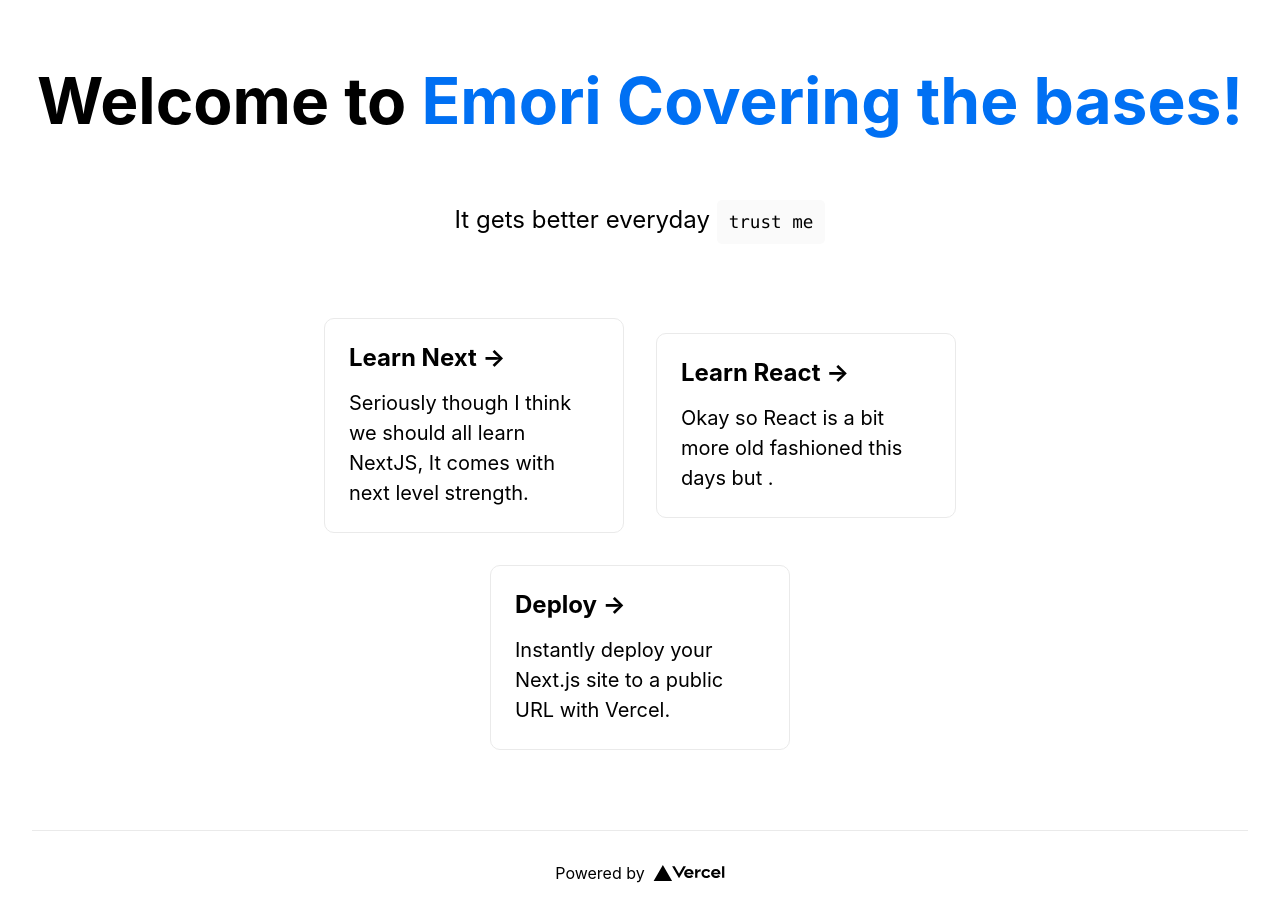
Repository: emorilebo/next-linkedin-training
Page: /
An editor plug-in stored every save of this project. The page is shown before and after a run of saves, followed by the edit.
The browser window is 1280 px wide. The pictures show the whole page.
The project was rebuilt for these pictures with package versions that can differ from the ones it lists, and the page was loaded fresh each time. The framework's server and built-in components were replaced by stand-ins that run in the browser. Also part of the build but not shown: next.config.js.

Above is the page before, as saved 2022-12-25 18:01:03.

### pages/index.js
import Head from "next/head";
import Image from "next/image";
import Link from "next/link";
import styles from "../styles/Home.module.css";

export default function Home() {
  return (
    <div className={styles.container}>
      <Head>
        <title>Emori Learning Next From LinkedIn</title>
        <meta
          name="description"
          content="I know I know, but we need to cover the bases as much as possible. #emoricoin"
        />
        <link rel="icon" href="/favicon.ico" />
      </Head>

      <main className={styles.main}>
        <h1 className={styles.title}>
          Welcome to <a href="https://nextjs.org">Emori Covering the bases!</a>
        </h1>

        <p className={styles.description}>
          It gets better everyday <code className={styles.code}>trust me</code>
        </p>

        <div className={styles.grid}>
          <Link href="/learn/next" className={styles.card}>
            <h2>Learn Next &rarr;</h2>
            <p>Seriously though I think we should all learn NextJS, It comes with next level strength.</p>
          </Link>

          <Link href="/learn/next" className={styles.card}>
            <h2>Learn React &rarr;</h2>
            <p>Okay so React is a bit more old fashioned this days but .</p>
          </Link>



          <a
            href="https://vercel.com/new?utm_source=create-next-app&utm_medium=default-template&utm_campaign=create-next-app"
            className={styles.card}
          >
            <h2>Deploy &rarr;</h2>
            <p>
              Instantly deploy your Next.js site to a public URL with Vercel.
            </p>
          </a>
        </div>
      </main>

      <footer className={styles.footer}>
        <a
          href="https://vercel.com?utm_source=create-next-app&utm_medium=default-template&utm_campaign=create-next-app"
          target="_blank"
          rel="noopener noreferrer"
        >
          Powered by{" "}
          <span className={styles.logo}>
            <Image src="/vercel.svg" alt="Vercel Logo" width={72} height={16} />
          </span>
        </a>
      </footer>
    </div>
  );
}

Loaded but not shown: pages/_app.js (common file); styles/globals.css (common file); styles/Home.module.css (common file)

After the next 3 saves:
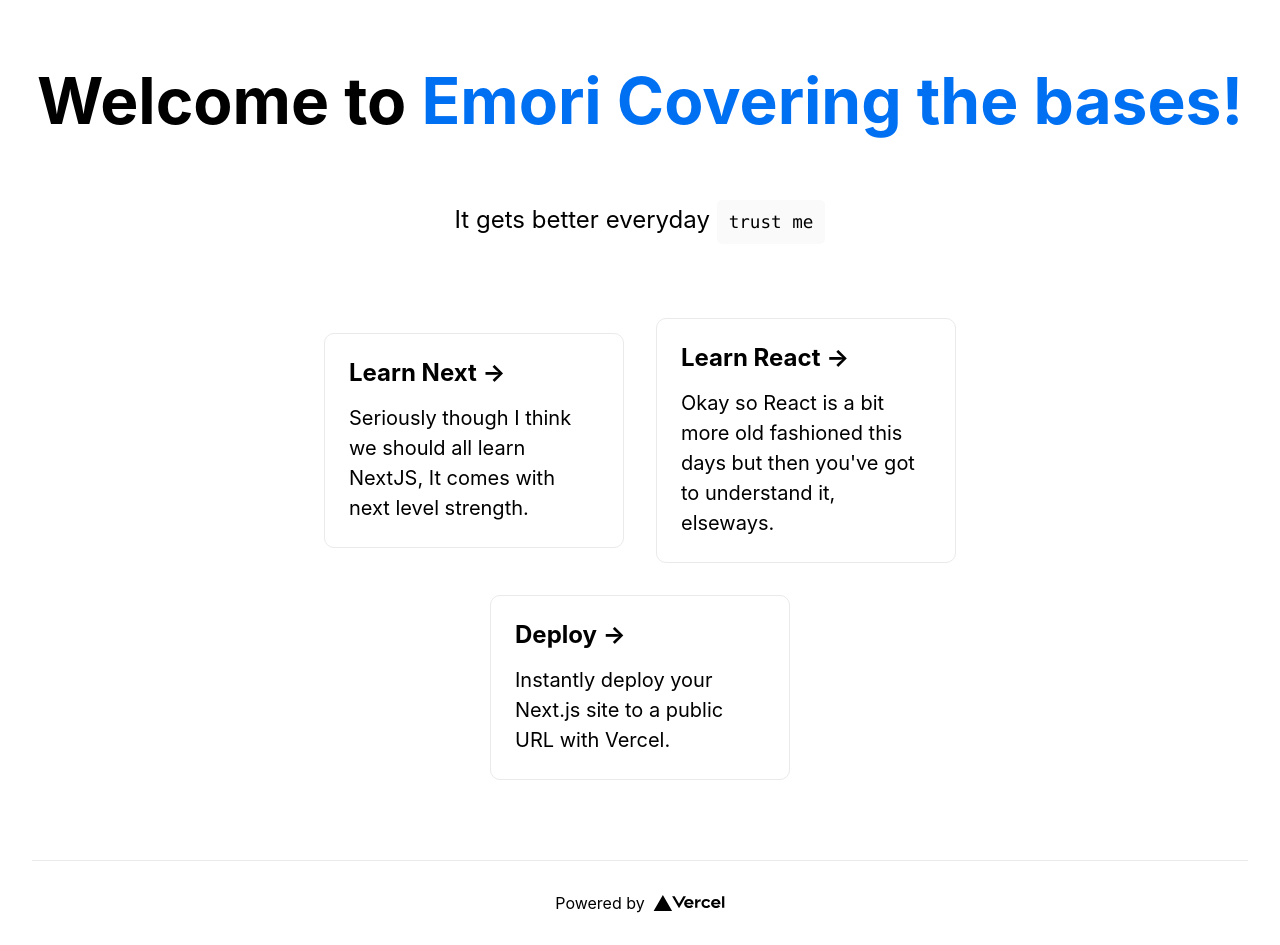
The 3 saves are shown as one change because they came seconds apart.
The last was saved 13 s later.
--- a/pages/index.js
+++ b/pages/index.js
@@ -32,7 +32,7 @@
 
           <Link href="/learn/next" className={styles.card}>
             <h2>Learn React &rarr;</h2>
-            <p>Okay so React is a bit more old fashioned this days but .</p>
+            <p>Okay so React is a bit more old fashioned this days but then you've got to understand it, elseways.</p>
           </Link>
 
 
